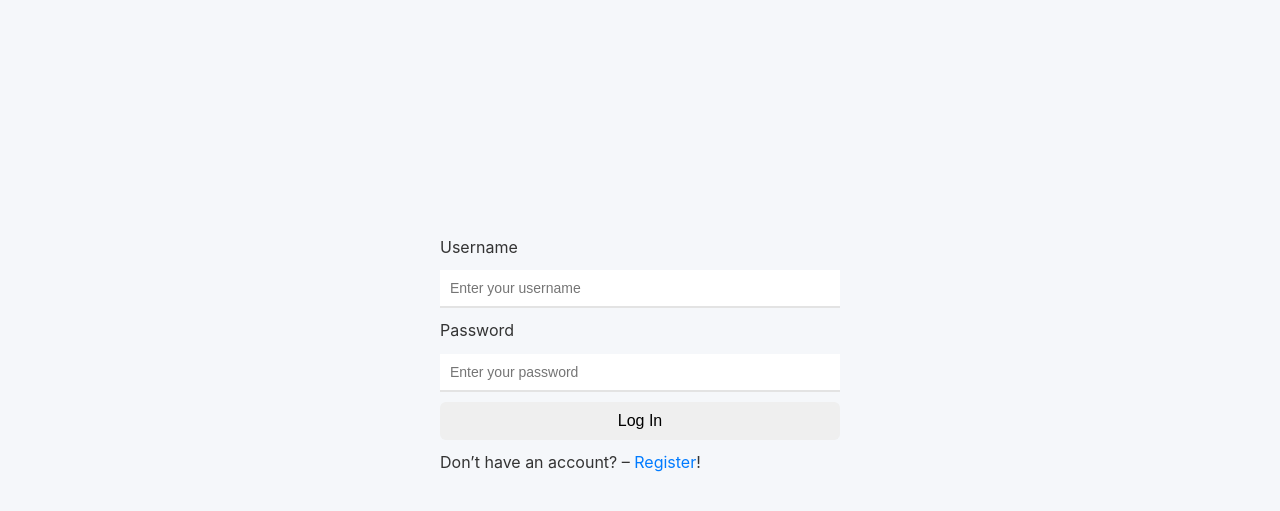
Repository: ArturSahakyan124/catalog_2
Page: http://localhost/views/auth/login.php
These files come from the project's save history. The page is drawn as it stood at one moment and after the next save; the edit follows.
The browser window is 1280 px wide. The pictures show the whole page.
The page is run by PHP 8.4 with error messages shown; the project is at /var/www/html/.

Above is the page before, as saved 2025-11-14 01:56:03.

After the next save:
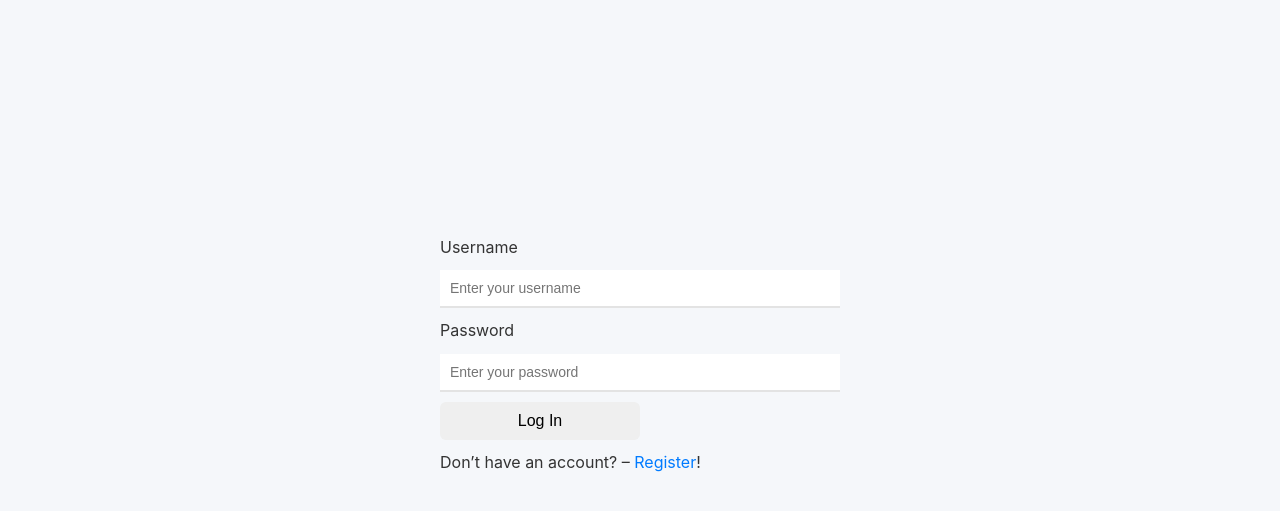
Saved 7 s later.
--- a/assets/css/main.css
+++ b/assets/css/main.css
@@ -42,6 +42,7 @@ a:hover {
 }
 
 button {
+  max-width: 200px;
   padding: 10px 20px;
   border: none;
   border-radius: 6px;
